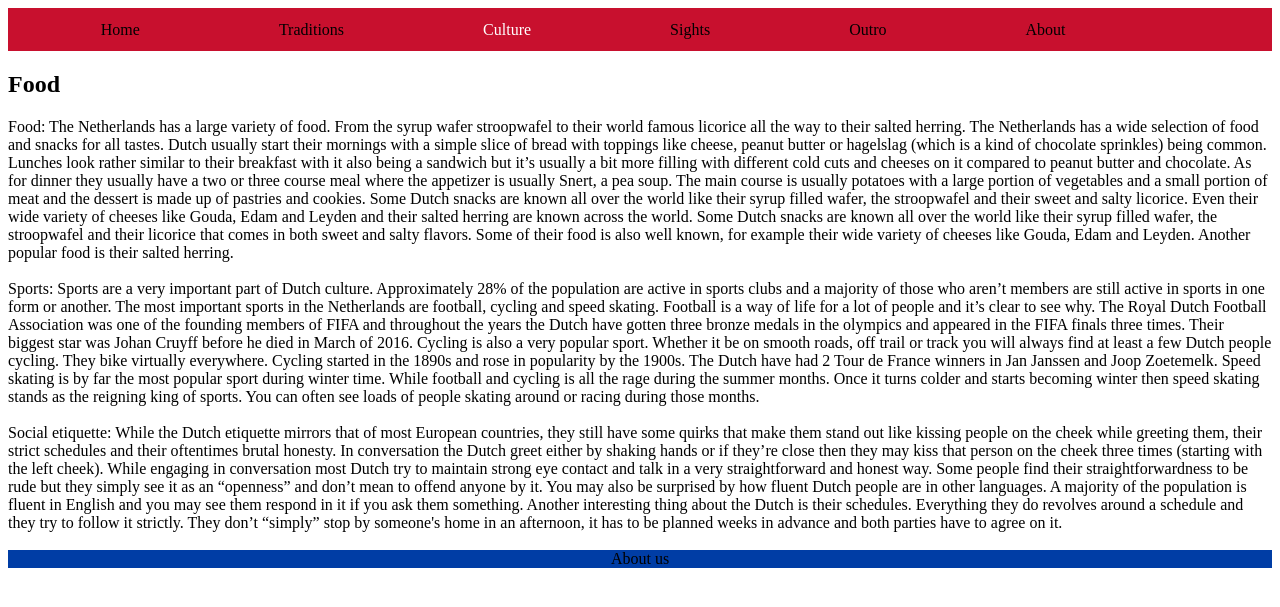
Repository: Cornman63/The-netherlands
Page: culture.html
An editor plug-in stored every save of this project. The page is shown before and after the next save, followed by the edit.
The browser window is 1280 px wide. The pictures show the whole page.

Above is the page before, as saved 2023-05-23 09:41:17.

After the next save:
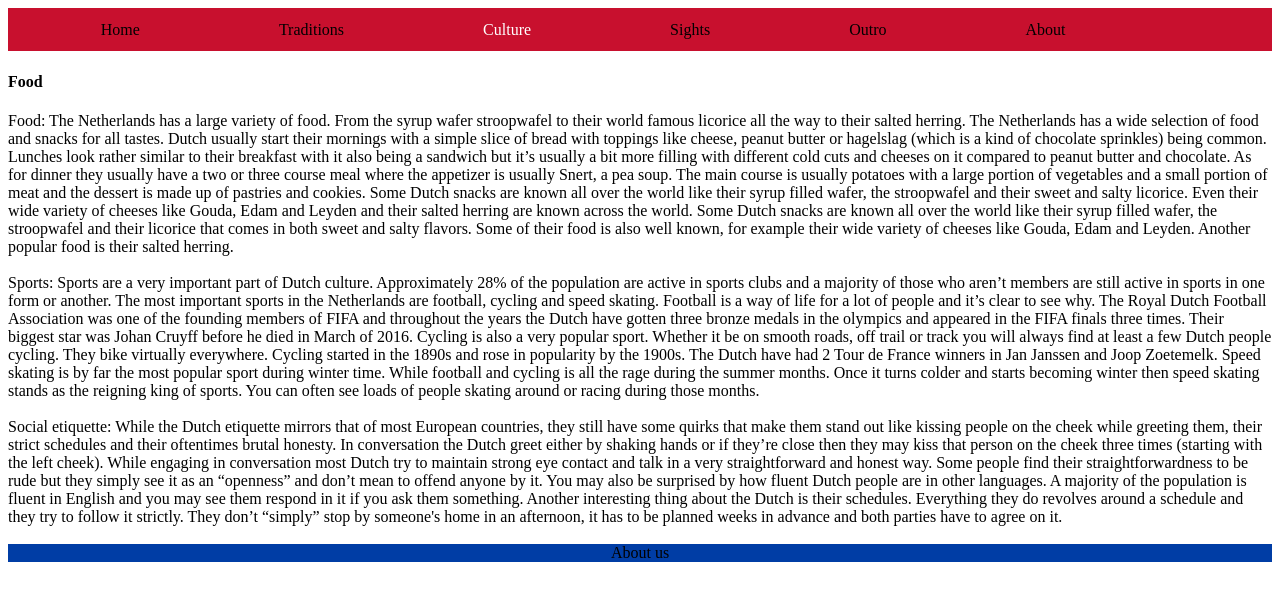
Saved 9 s later.
--- a/culture.html
+++ b/culture.html
@@ -19,7 +19,7 @@
     </div>
     <div class="text">
         <div class="food">
-            <h2>Food</h2>Food:
+            <h4>Food</h4>Food:
 
             The Netherlands has a large variety of food. From the syrup wafer stroopwafel to their world famous licorice all the way to their salted herring. The Netherlands has a wide selection of food and snacks for all tastes.
 
